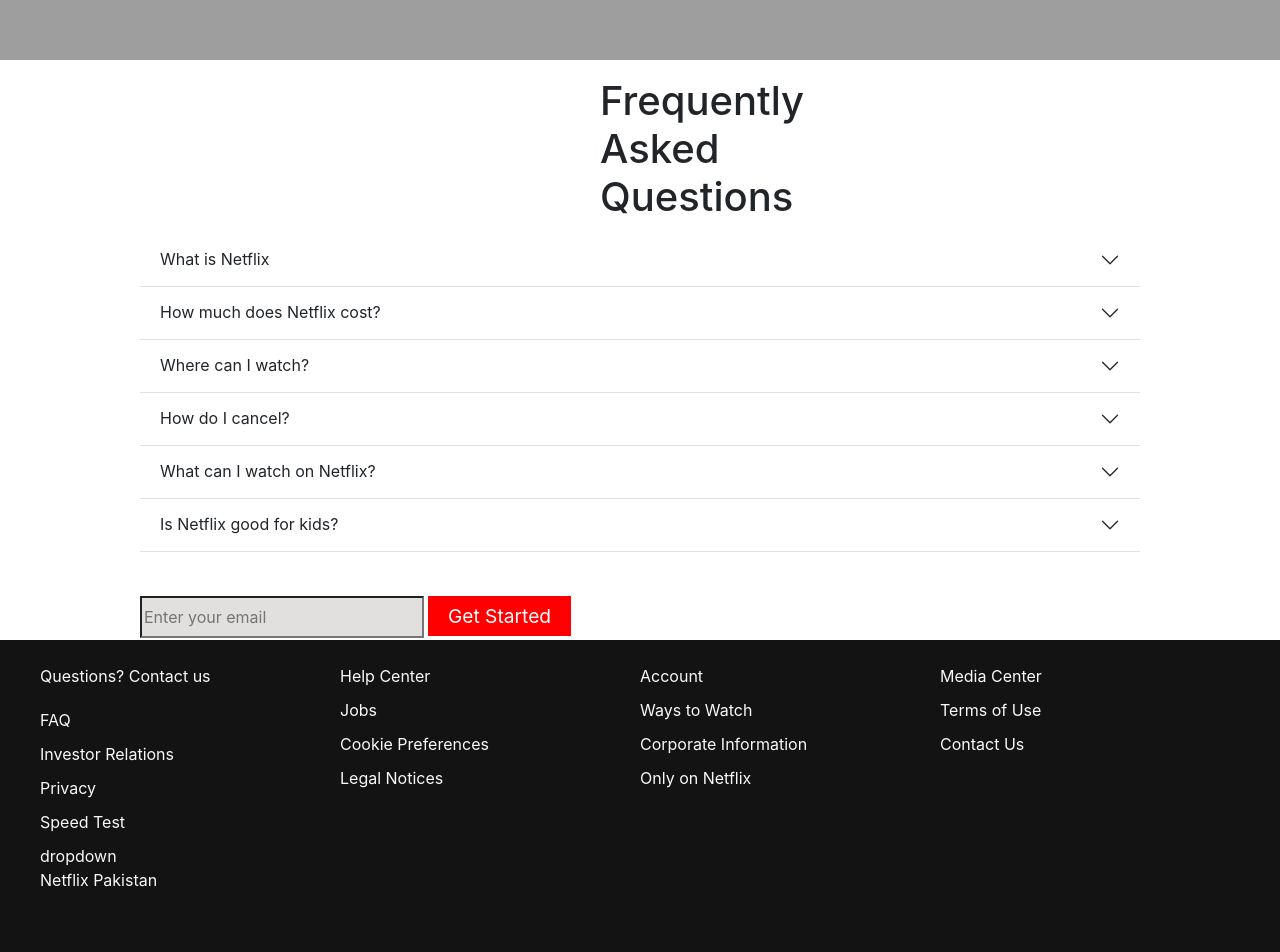
Repository: WajihaGul/Netflix-Clone
Page: /
An editor plug-in stored every save of this project. The page is shown before and after the next save, followed by the edit.
The browser window is 1280 px wide. The pictures show the part of the page from y = 561 to 1513 px (the page is 1513 px tall).
Pictures or frames that could not be fetched are drawn as grey boxes. The project was rebuilt for these pictures with package versions that can differ from the ones it lists, and the page was loaded fresh each time. Also part of the build but not shown: src/App.css.

Above is the page before, as saved 2024-05-24 15:25:24.

### public/index.html
<!DOCTYPE html>
<html lang="en">
  <head>
    <meta charset="utf-8" />
    <link rel="icon" href="https://encrypted-tbn0.gstatic.com/images?q=tbn:ANd9GcSJd82jZdXs8Uj9CX3mJFuRF27MZB7q_34xAg&s" />
    <meta name="viewport" content="width=device-width, initial-scale=1" />
    <meta name="theme-color" content="#000000" />
    <meta
      name="description"
      content="Web site created using create-react-app"
    />
    <link rel="apple-touch-icon" href="%PUBLIC_URL%/logo192.png" />
    <!--
      manifest.json provides metadata used when your web app is installed on a
      user's mobile device or desktop. See https://developers.google.com/web/fundamentals/web-app-manifest/
    -->
    <link rel="manifest" href="%PUBLIC_URL%/manifest.json" />
    <!--
      Notice the use of %PUBLIC_URL% in the tags above.
      It will be replaced with the URL of the `public` folder during the build.
      Only files inside the `public` folder can be referenced from the HTML.

      Unlike "/favicon.ico" or "favicon.ico", "%PUBLIC_URL%/favicon.ico" will
      work correctly both with client-side routing and a non-root public URL.
      Learn how to configure a non-root public URL by running `npm run build`.
    -->
    <title>Netflix- Watch TV Shows Online, Watch Movies Online</title>
  </head>
  <body>
    <noscript>You need to enable JavaScript to run this app.</noscript>
    <div id="root"></div>
    <!--
      This HTML file is a template.
      If you open it directly in the browser, you will see an empty page.

      You can add webfonts, meta tags, or analytics to this file.
      The build step will place the bundled scripts into the <body> tag.

      To begin the development, run `npm start` or `yarn start`.
      To create a production bundle, use `npm run build` or `yarn build`.
    -->
  </body>
</html>

### src/index.js
import "bootstrap/dist/css/bootstrap.min.css";
import React from "react";
import ReactDOM from "react-dom/client";
import "./index.css";
import App from "./App";
import reportWebVitals from "./reportWebVitals";

const root = ReactDOM.createRoot(document.getElementById("root"));
root.render(
  <React.StrictMode>
    <App />
  </React.StrictMode>
);

// If you want to start measuring performance in your app, pass a function
// to log results (for example: reportWebVitals(console.log))
// or send to an analytics endpoint. Learn more: https://bit.ly/CRA-vitals
reportWebVitals();

### src/App.js
import "./App.css";
import Footer from "./Components/Footer/Footer";
import FAQs from "./Components/FAQs/FAQs";
import SignupHere from "./Components/SignupHere/SignupHere";

function App() {
  return (
    <>
      <SignupHere />
      <FAQs />
      <Footer />
    </>
  );
}

export default App;

### src/Components/Footer/Footer.jsx
import React from "react";
import styles from "./Footer.module.css";
const Footer = () => {
  return (
    <>
      <footer className={`bg-dark text-light py-4 ${styles.mainclass}`}>
        <div className={styles.container}>
          <div className="row">
            <div className={styles.FooterHere}>
              <div className="col-lg-12">
                <p>Questions? Contact us </p>
                <ul>
                  <li>FAQ</li>
                  <li>Investor Relations</li>
                  <li>Privacy</li>
                  <li>Speed Test</li>
                  dropdown
                  <li>Netflix Pakistan</li>
                </ul>
              </div>

              <div className="col-lg-12">
                <ul>
                  <li>Help Center</li>
                  <li>Jobs</li>
                  <li>Cookie Preferences</li>
                  <li>Legal Notices</li>
                </ul>
              </div>

              <div className="col-lg-12 ">
                <ul>
                  <li>Account</li>
                  <li>Ways to Watch</li>
                  <li>Corporate Information</li>
                  <li>Only on Netflix</li>
                </ul>
              </div>

              <div className="col-lg-12 ">
                <ul>
                  <li>Media Center</li>
                  <li>Terms of Use</li>
                  <li>Contact Us</li>
                </ul>
              </div>
            </div>
          </div>
        </div>
      </footer>
    </>
  );
};

export default Footer;

### src/Components/FAQs/FAQs.jsx
import "bootstrap/dist/js/bootstrap.bundle.min.js"; // Import Bootstrap JavaScript
import React from "react";
import styles from "./FAQs.module.css";
const FAQs = () => {
  return (
    <>
      <h1 className={styles.faqh1}>Frequently Asked Questions</h1>
      <div
        className={`accordion accordion-flush id="accordionFlushExample" ${styles.container}`}
      >
        <div className="accordion-item">
          <h2 className="accordion-header">
            <button
              className="accordion-button collapsed"
              type="button"
              data-bs-toggle="collapse"
              data-bs-target="#flush-collapseOne"
              aria-expanded="false"
              aria-controls="flush-collapseOne"
            >
              What is Netflix
            </button>
          </h2>
          <div
            id="flush-collapseOne"
            className="accordion-collapse collapse"
            data-bs-parent="#accordionFlushExample"
          >
            <div className="accordion-body">
              Netflix is a streaming service that offers a wide variety of
              award-winning TV shows, movies, anime, documentaries, and more on
              thousands of internet-connected devices. You can watch as much as
              you want, whenever you want without a single commercial – all for
              one low monthly price. There's always something new to discover
              and new TV shows and movies are added every week!
            </div>
          </div>
        </div>
        <div className="accordion-item">
          <h2 className="accordion-header">
            <button
              className="accordion-button collapsed"
              type="button"
              data-bs-toggle="collapse"
              data-bs-target="#flush-collapseTwo"
              aria-expanded="false"
              aria-controls="flush-collapseTwo"
            >
              How much does Netflix cost?
            </button>
          </h2>
          <div
            id="flush-collapseTwo"
            className="accordion-collapse collapse"
            data-bs-parent="#accordionFlushExample"
          >
            <div className="accordion-body">
              Watch Netflix on your smartphone, tablet, Smart TV, laptop, or
              streaming device, all for one fixed monthly fee. Plans range from
              Rs 250 to Rs 1,100 a month. No extra costs, no contracts.
            </div>
          </div>
        </div>
        <div className="accordion-item">
          <h2 className="accordion-header">
            <button
              className="accordion-button collapsed"
              type="button"
              data-bs-toggle="collapse"
              data-bs-target="#flush-collapseThree"
              aria-expanded="false"
              aria-controls="flush-collapseThree"
            >
              Where can I watch?
            </button>
          </h2>
          <div
            id="flush-collapseThree"
            className="accordion-collapse collapse"
            data-bs-parent="#accordionFlushExample"
          >
            <div className="accordion-body">
              Watch anywhere, anytime. Sign in with your Netflix account to
              watch instantly on the web at netflix.com from your personal
              computer or on any internet-connected device that offers the
              Netflix app, including smart TVs, smartphones, tablets, streaming
              media players and game consoles. You can also download your
              favorite shows with the iOS, Android, or Windows 10 app. Use
              downloads to watch while you're on the go and without an internet
              connection. Take Netflix with you anywhere.
            </div>
          </div>
        </div>
        <div className="accordion-item">
          <h2 className="accordion-header">
            <button
              className="accordion-button collapsed"
              type="button"
              data-bs-toggle="collapse"
              data-bs-target="#flush-collapseOne"
              aria-expanded="false"
              aria-controls="flush-collapseOne"
            >
              How do I cancel?
            </button>
          </h2>
          <div
            id="flush-collapseOne"
            className="accordion-collapse collapse"
            data-bs-parent="#accordionFlushExample"
          >
            <div className="accordion-body">
              Netflix is flexible. There are no pesky contracts and no
              commitments. You can easily cancel your account online in two
              clicks. There are no cancellation fees – start or stop your
              account anytime.
            </div>
          </div>
        </div>
        <div className="accordion-item">
          <h2 className="accordion-header">
            <button
              className="accordion-button collapsed"
              type="button"
              data-bs-toggle="collapse"
              data-bs-target="#flush-collapseTwo"
              aria-expanded="false"
              aria-controls="flush-collapseTwo"
            >
              What can I watch on Netflix?
            </button>
          </h2>
          <div
            id="flush-collapseTwo"
            className="accordion-collapse collapse"
            data-bs-parent="#accordionFlushExample"
          >
            <div className="accordion-body">
              Netflix has an extensive library of feature films, documentaries,
              TV shows, anime, award-winning Netflix originals, and more. Watch
              as much as you want, anytime you want.
            </div>
          </div>
        </div>
        <div className="accordion-item">
          <h2 className="accordion-header">
            <button
              className="accordion-button collapsed"
              type="button"
              data-bs-toggle="collapse"
              data-bs-target="#flush-collapseThree"
              aria-expanded="false"
              aria-controls="flush-collapseThree"
            >
              Is Netflix good for kids?
            </button>
          </h2>
          <div
            id="flush-collapseThree"
            className="accordion-collapse collapse"
            data-bs-parent="#accordionFlushExample"
          >
            <div className="accordion-body">
              The Netflix Kids experience is included in your membership to give
              parents control while kids enjoy family-friendly TV shows and
              movies in their own space. Kids profiles come with PIN-protected
              parental controls that let you restrict the maturity rating of
              content kids can watch and block specific titles you don’t want
              kids to see.
            </div>
          </div>
        </div>
        <div>
          <p className={styles.SignupText}>
            Ready to watch? Enter your email to create or restart your
            membership
          </p>
          <div>
            <input
              className={styles.SignupForm}
              type="email"
              id="email"
              name="email"
              placeholder="Enter your email"
              required
            />
            <button className={styles.SignUpBtn}>Get Started</button>
          </div>
        </div>
      </div>
    </>
  );
};
export default FAQs;

### src/Components/SignupHere/SignupHere.jsx
import styles from "./SignupHere.module.css";

const SignupHere = () => {
  return (
    <>
      <div className={styles.imgContainer}>
        <div className={`expand-lg bg-body-tertiary ${styles.navcontainer} `}>
          <h1>NETFLIX</h1>
          className={`expand-lg bg-body-tertiary ${styles.navcontainer} `}
          <div className="container-fluid">
            <a className={styles.brand} href="#">
              <span className={styles.navstyle}>NETFLIX</span>
            </a>

            <button className={styles.navbtn} type="submit">
              Sign in
            </button>
          </div>
          <div className={styles.SignupTextDiv}>
            <h1 className={styles.SignupText}>
              Unlimited movies, TV shows, and more
            </h1>
            <p className={styles.SignupText}>Watch anywhere. Cancel anytime.</p>
            <p className={styles.SignupText}>
              Ready to watch? Enter your email to create or restart your
              membership
            </p>
            <div>
              <input
                className={styles.SignupForm}
                type="email"
                id="email"
                name="email"
                placeholder="Enter your email"
                required
              />
              <button className={styles.SignUpBtn}>Get Started</button>
            </div>
          </div>
        </div>
      </div>
    </>
  );
};

export default SignupHere;

### src/Components/Footer/Footer.module.css
.mainclass{
    background-color: #141313 !important;
}
.container {
    max-width: 1200px;
    margin: 0 auto;

  }

  .FooterHere {
    display: flex;
    flex-wrap: wrap;
    justify-content: space-between;
  }

  .FooterHere > div {
    flex: 1;
    min-width: 200px;
    margin-bottom: 20px;
  }

  ul {
    list-style: none;
    padding: 0;
  }

  ul li {
    margin-bottom: 10px;
    cursor: pointer;
  }

  ul li:hover {
    text-decoration: underline;
  }

  footer p {
    margin-bottom: 20px;
  }

  @media (max-width: 768px) {
    .FooterHere {
      flex-direction: column;
      align-items: flex-start;
    }

    .FooterHere > div {
      min-width: 100%;
    }
  }

### src/Components/FAQs/FAQs.module.css
.container{
   width:1000px;
   margin: 0 auto;
}

.faqh1{
   padding-left: 600px;
   padding-right: 600px;
   padding-bottom: 5px;
   padding-top: 17px;
}
.SignUpBtn{
   background: red;
   color: white;
   height: 40px;
   width: 143px;
   margin: 4px;
   /* border-radius: 7px; */
   border: none;
   font-size: larger;
}

.SignupText{
   color: white;
   align-items: center;
   justify-content: center;
   display: flex;
   flex-direction: column;
}

.SignupForm{
   width: 284px;
   height: 42px;
   background: #e2dfdf;
}

### src/Components/SignupHere/SignupHere.module.css
.imgContainer{
    margin-top: -79px;
    height: 700px;
    width: 100%;
    background-image: url(https://assets.nflxext.com/ffe/siteui/vlv3/a99688ca-33c3-4099-9baa-07a2e2acb398/0279102c-4f3f-4ed2-a283-cce57434d595/PK-en-20240520-popsignuptwoweeks-perspective_alpha_website_large.jpg);
}


.navbtn {
    background: #e61c1c;
    color: white;
    /* padding: 4px 17px; */
    border-radius: 7px;
    border: none;
    font-size: medium;
    font-family: emoji;
    margin-left: 343px;
    margin-right: 343px;
    padding-top: 4px;
    padding-bottom: 4px;
    height: 32px;
    width: 71px;
    margin-top: 2px;
    margin-bottom: 2px;
}

.navstyle{
    color: red;
    font-size: xx-large;
    font-family: emoji;
    padding-left: 343px;
    padding-right: 343px;
    padding-top: 10px;
    padding-bottom: 10px;
}

.navcontainer{
    background-color: transparent !important;
}
.SignupText{
    color: white;
    align-items: center;
    justify-content: center;
    display: flex;
    flex-direction: column;
}
.SignupTextDiv{
    color: white;
    align-items: center;
    justify-content: center;
    display: flex;
    flex-direction: column;
    margin-top: 170px;
}
.SignupForm{
    width: 284px;
    height: 42px;
    background: #e2dfdf;
}
.SignUpBtn{
    background: red;
    color: white;
    height: 40px;
    width: 143px;
    margin: 4px;
    /* border-radius: 7px; */
    border: none;
    font-size: larger;
}

Loaded but not shown: src/index.css (common file); src/reportWebVitals.js (common file)

After the next save:
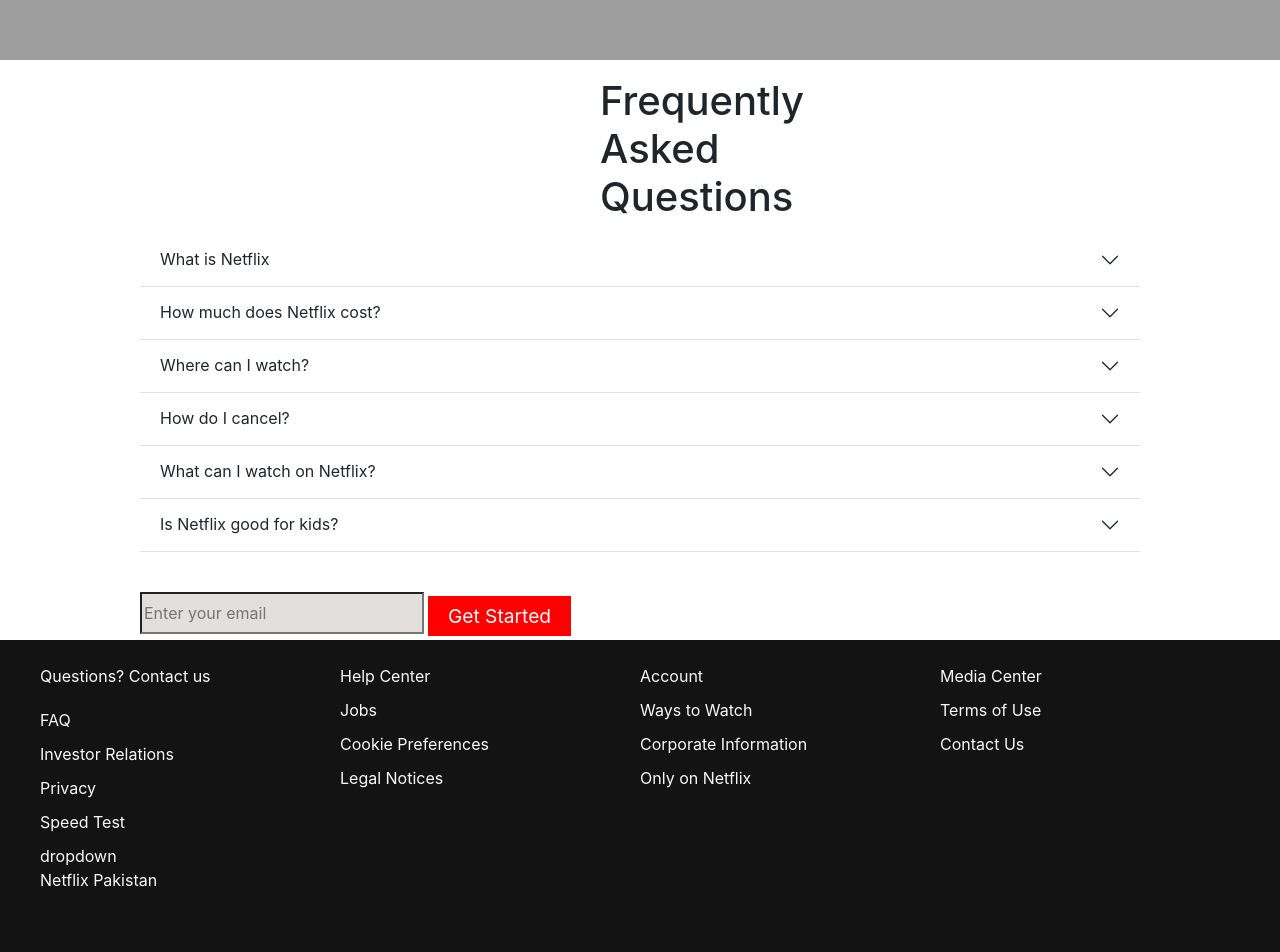
Saved 40 s later.
--- a/src/Components/FAQs/FAQs.jsx
+++ b/src/Components/FAQs/FAQs.jsx
@@ -175,7 +175,7 @@
             Ready to watch? Enter your email to create or restart your
             membership
           </p>
-          <div>
+          <div className={styles.signupwithbtn}>
             <input
               className={styles.SignupForm}
               type="email"
--- a/src/Components/FAQs/FAQs.module.css
+++ b/src/Components/FAQs/FAQs.module.css
@@ -33,3 +33,7 @@
    height: 42px;
    background: #e2dfdf;
 }
+.signupwithbtn{
+   display: flex;
+   flex-direction: row;
+}

After the save that followed:
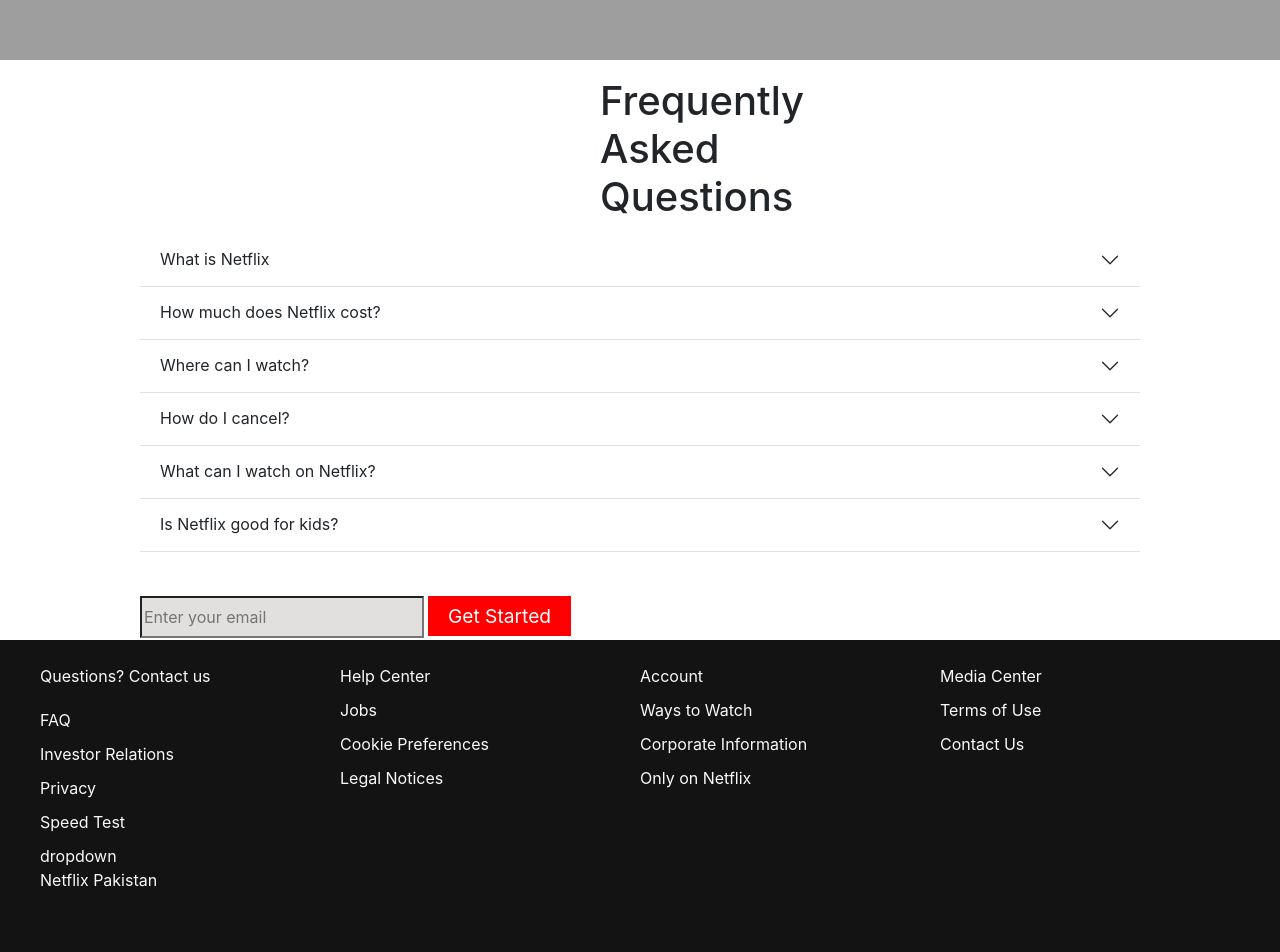
Saved 56 s later.
--- a/src/Components/FAQs/FAQs.module.css
+++ b/src/Components/FAQs/FAQs.module.css
@@ -34,6 +34,6 @@
    background: #e2dfdf;
 }
 .signupwithbtn{
-   display: flex;
-   flex-direction: row;
+   align-items:center;
+   justify-content: center;
 }
